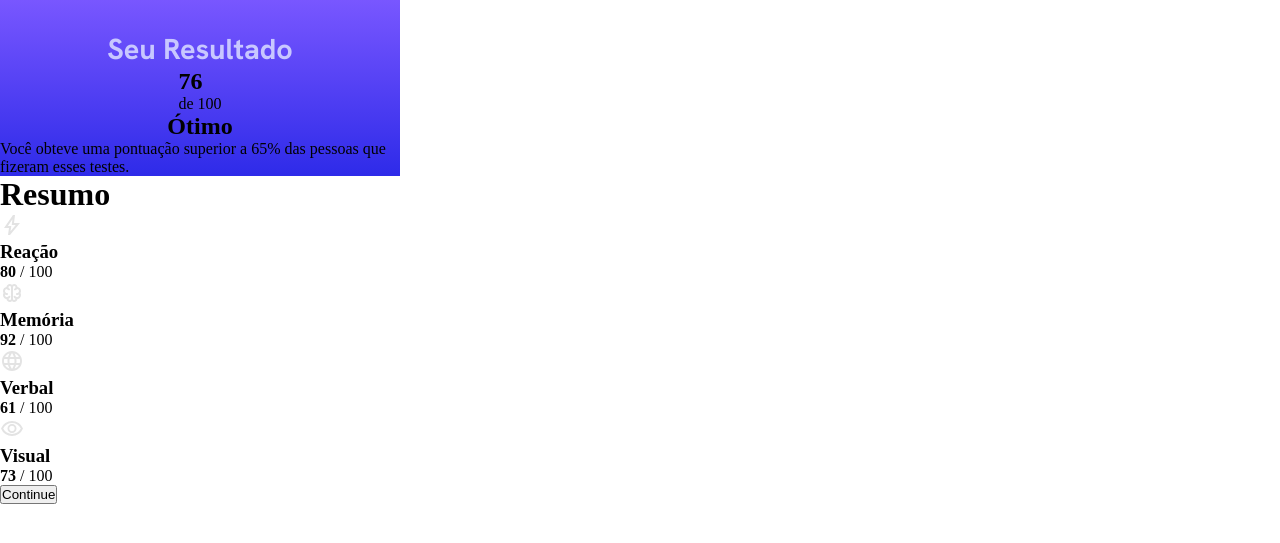
Repository: caique2512/resumo-de-resultados
Page: index.html
An editor plug-in stored every save of this project. The page is shown before and after a run of saves, followed by the edit.
The browser window is 1280 px wide. The pictures show the whole page.

Above is the page before, as saved 2026-03-05 23:08:58.

### index.html
<!DOCTYPE html>
<html lang="pt-br">
<head>
    <meta charset="UTF-8">
    <meta name="viewport" content="width=device-width, initial-scale=1.0">
    <title>Resumo de Resultados</title>
    <link rel="stylesheet" href="src/css/estilos.css">
    <link rel="stylesheet" href="src/css/reset.css">
</head>
<body>
    <main class="conteudo">
        <div class="principal">
            <h1 class="titulo">Seu Resultado</h1>
            <div class="circulo">
                <h2>76</h2>
                <p>de 100</p>
            </div>
            <h2>Ótimo</h2>
            <p class="subtitle">Você obteve uma pontuação superior a 65% das pessoas que fizeram esses testes.</p>
        </div>
        <div>
            <h1 class="titulo1">Resumo</h1>
            <div class="classes">
                <div class="resumo1">
                    <img src="./src/images/raio.svg" alt="Raio">
                    <h3>Reação</h3>
                    <p><strong>80</strong> / 100</p>
                </div>
                <div class="resumo2">
                    <img src="./src/images/memoria.svg" alt="Memória">
                    <h3>Memória</h3>
                    <p><strong>92</strong> / 100</p>
                </div>
                <div class="resumo3">
                    <img src="./src/images/mensagem.svg" alt="Mensagem">
                    <h3>Verbal</h3>
                    <p><strong>61</strong> / 100</p>
                </div>
                <div class="resumo4">
                    <img src="./src/images/olho.svg" alt="olho">
                    <h3>Visual</h3>
                    <p><strong>73</strong> / 100</p>
                </div>
            </div>
            <button class="btn-resumo">Continue</button>
        </div>
    </main>
</body>
</html>

### src/css/estilos.css
@import url('https://fonts.googleapis.com/css2?family=Hanken+Grotesk:ital,wght@0,100..900;1,100..900&display=swap');


.principal {
    background: linear-gradient(hsl(252, 100%, 67%), hsl(241, 81%, 54%));
    width: 400px;
    display: flex;
    flex-direction: column;
    align-items: center;
}

.titulo {
    color: hsl(241, 100%, 89%);
    font-family: "Hanken Grotesk";
    margin-top: 30px;
    font-size: 1.8rem;
}

Loaded but not shown: src/css/reset.css (common file)

After the next 3 saves:
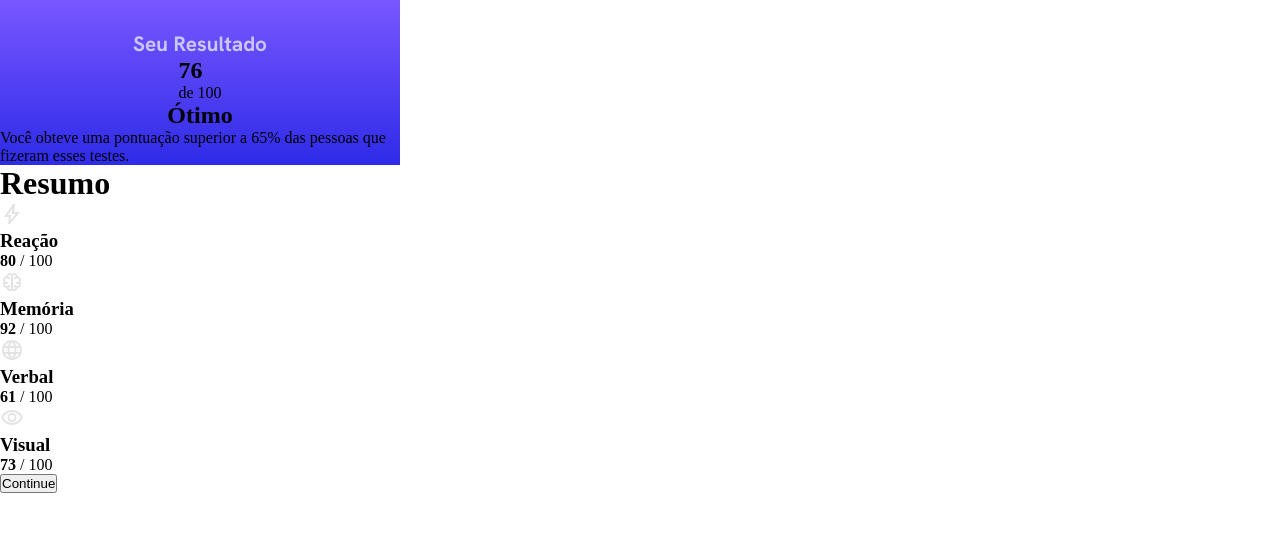
The 3 saves are shown as one change because they came seconds apart.
The last was saved 8 s later.
--- a/src/css/estilos.css
+++ b/src/css/estilos.css
@@ -13,5 +13,5 @@
     color: hsl(241, 100%, 89%);
     font-family: "Hanken Grotesk";
     margin-top: 30px;
-    font-size: 1.8rem;
+    font-size: 1.3rem;
 }
